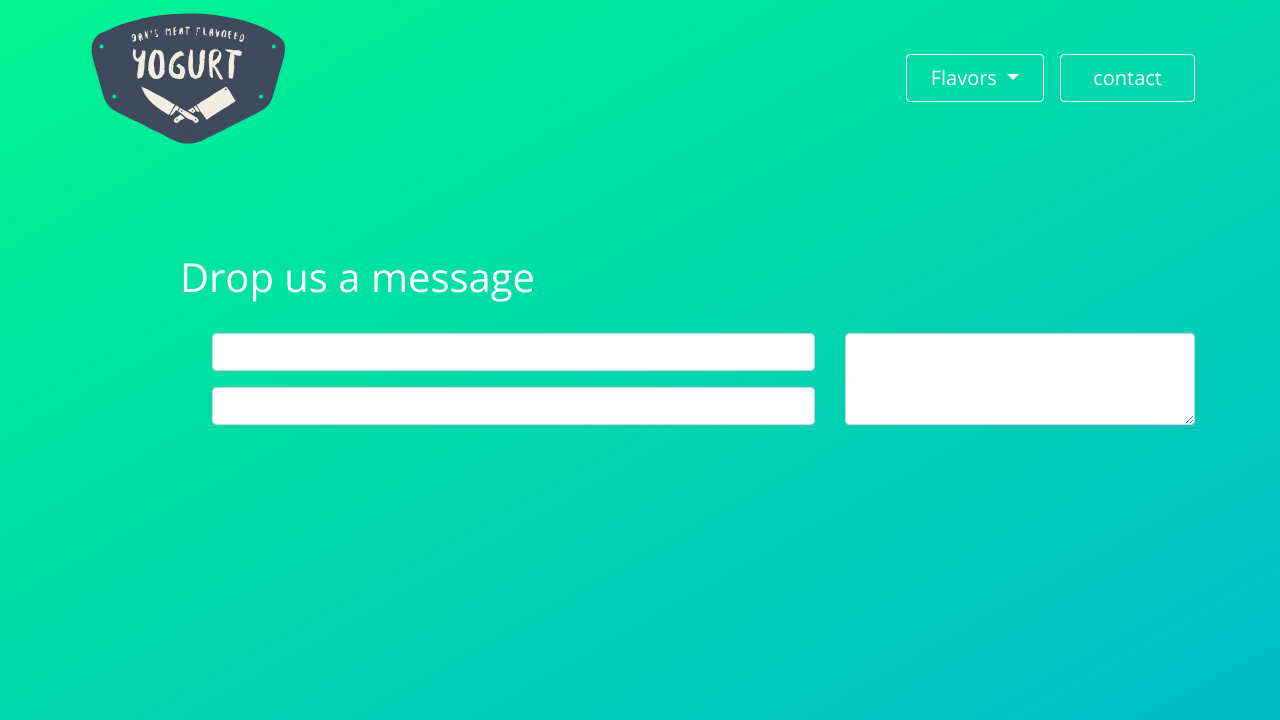
Repository: hoangnam180/Huyen
Page: Form.html
These files come from the project's save history. The page is drawn as it stood at one moment and after the next save; the edit follows.
The browser window is 1280 px wide. The pictures show the whole page.

Above is the page before, as saved 2021-12-03 18:59:12.
Not found: space.scss

### Form.html
<!doctype html>
<html lang="en">

<head>
  <title>Title</title>
  <!-- Required meta tags -->
  <meta charset="utf-8">
  <meta name="viewport" content="width=device-width, initial-scale=1, shrink-to-fit=no">

  <!-- Bootstrap CSS -->
  <link rel="stylesheet" href="https://stackpath.bootstrapcdn.com/bootstrap/4.3.1/css/bootstrap.min.css"
    integrity="sha384-ggOyR0iXCbMQv3Xipma34MD+dH/1fQ784/j6cY/iJTQUOhcWr7x9JvoRxT2MZw1T" crossorigin="anonymous">
  <link rel="stylesheet" href="space.scss">
  <link rel="stylesheet" href="style.css">
  <link rel="preconnect" href="https://fonts.googleapis.com">
  <link rel="preconnect" href="https://fonts.gstatic.com" crossorigin>
  <link href="https://fonts.googleapis.com/css2?family=Abril+Fatface&family=Open+Sans:wght@300;400&display=swap"
    rel="stylesheet">
</head>

<body>
  <div class="container">
    <nav class="navbar navbar-expand-lg navbar-light pr-0 pl-0 ">
      <!-- logo -->
      <a class="navbar-brand " href="#"><img src="images/logo-dans-meat-yogurt.svg" width="207.49" height="130.59"
          alt="logo"></a>
      <!-- logo end -->
      <button class="navbar-toggler border border-white" type="button" data-toggle="collapse"
        data-target="#navbarNavDropdown" aria-controls="navbarNavDropdown" aria-expanded="false"
        aria-label="Toggle navigation">
        <span class="navbar-toggler-icon"></span>
      </button>
      <div class="collapse navbar-collapse" id="navbarNavDropdown">
        <!-- nav -->
        <ul class="navbar-nav ml-auto rounded ">
          <li class="nav-item dropdown border border border-white mr-2 rounded ">
            <a class="nav-link dropdown-toggle text-center text-white pr-4 pl-4" href="#" id="navbarDropdownMenuLink" role="button"
              data-toggle="dropdown" aria-expanded="false">
              Flavors
            </a>
            <div class="dropdown-menu" aria-labelledby="navbarDropdownMenuLink">
              <a class="dropdown-item" href="#">Action</a>
              <a class="dropdown-item" href="#">Another action</a>
              <a class="dropdown-item" href="#">Something else here</a>
              <a class="dropdown-item" href="#">Action</a>
            </div>
          </li>
          <li class="nav-item border border-white ml-2 px-2 rounded ">
            <a class="nav-link text-center text-white  pr-4 pl-4" href="contact.html">contact</a>
          </li>
        </ul>
      </div>
    </nav>
    <!-- end nav -->
    <div class="form">
        <div class="row ">
            <div class="col-11 offset-1 mt-5"><h1 class="text-white mt-5">Drop us a message</h1></div>
        </div>
        <div class="row mt-4">
            <div class="col">
                <div class="row flex-column">
                    <div class="col-10 offset-2">
                        <input type="email" class="form-control pt-4 bt-4">
                    </div>
                    <div class="col-10 offset-2">
                        <input type="text" id="" class="form-control pt-4 bt-4 mt-3" placeholder="">
                    </div>
                </div>
            </div>
            <div class="col-4">
                <textarea style="height: 100%;" class="form-control" placeholder=""></textarea>
            </div>
        </div>
    </div>
  </div>

  <!-- Optional JavaScript -->
  <!-- jQuery first, then Popper.js, then Bootstrap JS -->
  <script src="https://code.jquery.com/jquery-3.3.1.slim.min.js"
    integrity="sha384-q8i/X+965DzO0rT7abK41JStQIAqVgRVzpbzo5smXKp4YfRvH+8abtTE1Pi6jizo"
    crossorigin="anonymous"></script>
  <script src="https://cdnjs.cloudflare.com/ajax/libs/popper.js/1.14.7/umd/popper.min.js"
    integrity="sha384-UO2eT0CpHqdSJQ6hJty5KVphtPhzWj9WO1clHTMGa3JDZwrnQq4sF86dIHNDz0W1"
    crossorigin="anonymous"></script>
  <script src="https://stackpath.bootstrapcdn.com/bootstrap/4.3.1/js/bootstrap.min.js"
    integrity="sha384-JjSmVgyd0p3pXB1rRibZUAYoIIy6OrQ6VrjIEaFf/nJGzIxFDsf4x0xIM+B07jRM"
    crossorigin="anonymous"></script>
</body>

</html>

### style.css
body{
    background:linear-gradient(to bottom right, #00F490, #00BBC9);
    background-attachment: fixed;
    font-size: 1.25rem;
    font-family:'Open Sans', sans-serif;
}
h5.card-title{
    color: #00F490;
}
h1.display-4{
    font-size: 4.2rem;
    text-shadow: 1px 0px 1px #000000;
    font-family: 'Abril Fatface', cursive;
}
p.lead{
    font-size: 2.25rem;
}
a.btn-outline-light{
    font-size: 1.18rem;
}
.img-top{

    border-radius: 10px 0px 0px 10px;
}
.text-top{
    border-radius: 0px 10px 10px 0px ;
}
span.next{
    margin-right: 100px;
}


@media (min-width: 768px) {
    .bg-white-md{
        background-color: white !important;
    }
    .text-black-md{
       color: #000 !important;
    }

}

After the next save:
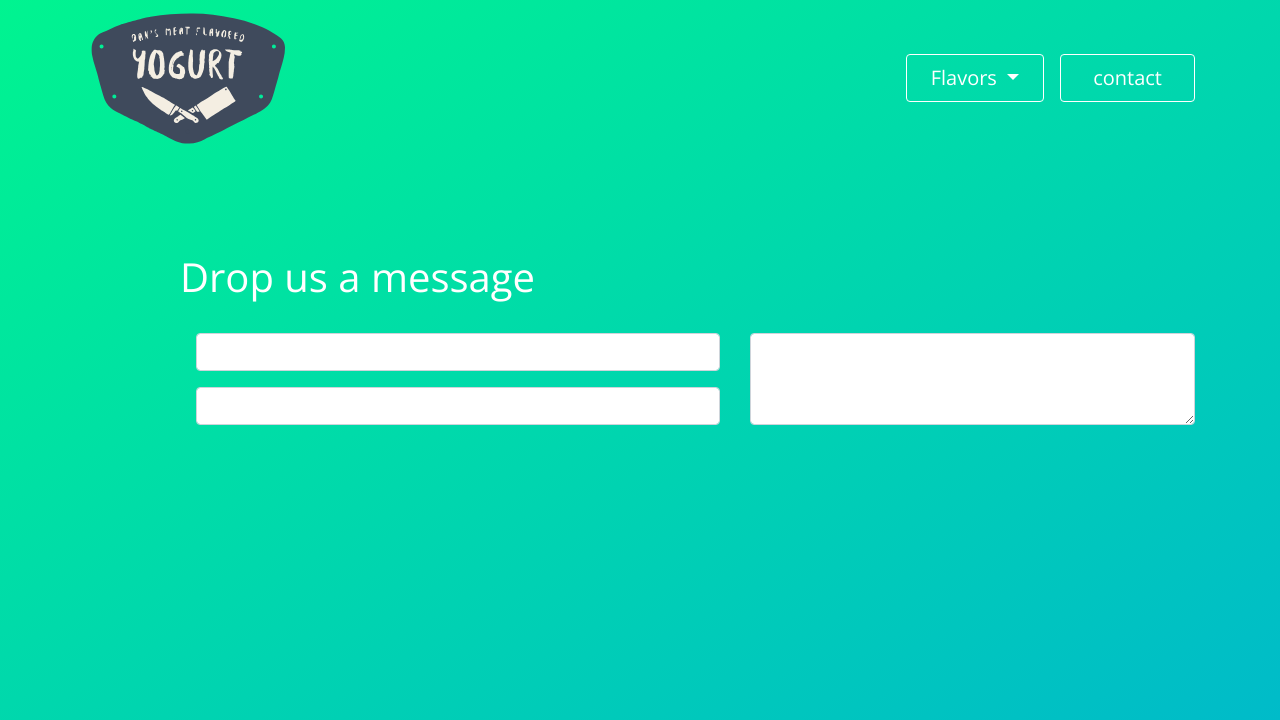
Saved 7 s later.
--- a/Form.html
+++ b/Form.html
@@ -67,7 +67,7 @@
                     </div>
                 </div>
             </div>
-            <div class="col-4">
+            <div class="col-5">
                 <textarea style="height: 100%;" class="form-control" placeholder=""></textarea>
             </div>
         </div>
